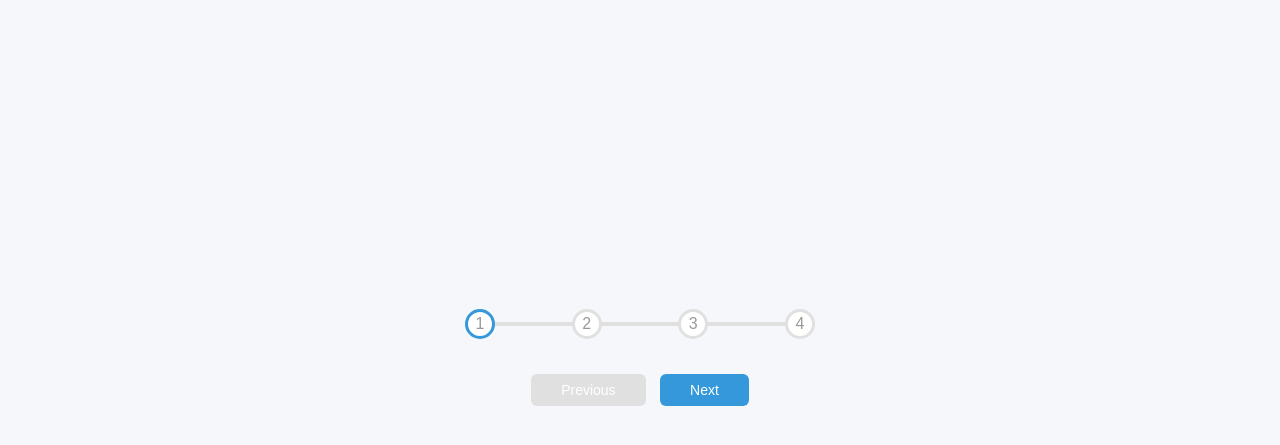
Repository: huynhvanngoan/50projectsin50days
Page: Day2/HTML/index.html
These files come from the project's save history. The page is drawn as it stood at one moment and after the next save; the edit follows.
The browser window is 1280 px wide. The pictures show the whole page.
After loading, the first visible `#next` was clicked once.
Some web fonts or font styles are not loaded; a fallback is used.

Above is the page before, as saved 2022-11-04 23:05:23.
Console error: TypeError: circles.forEach.forEach is not a function

### Day2/HTML/index.html
<!DOCTYPE html>
<html lang="en">
<head>
    <meta charset="UTF-8">
    <meta http-equiv="X-UA-Compatible" content="IE=edge">
    <meta name="viewport" content="width=device-width, initial-scale=1.0">
    <title>Day 2 - Progress Steps</title>
    <link rel="stylesheet" href="../CSS/style.css">
</head>
<body>
    <div class="container">
        <div class="progress-container">
            <div class="progress" id="progress"></div>
                <div class="circle active">1</div>
                <div class="circle">2</div>
                <div class="circle">3</div>
                <div class="circle">4</div>
        </div>
        <button class="btn" id="prev" disabled>Previous</button>
        <button class="btn" id="next">Next</button>
    </div>
    <script src="../JS/script.js"></script>
</body>
</html>

### Day2/CSS/style.css
@import url('https://fonts.googleapis.com/css?family=Muli&display=swap');

:root {
    --line--border-fill: #3498db;
    --line-border-empty: #e0e0e0
}
* {
    box-sizing: border-box;
}
body {
    background-color: #f6f7fb;
    font-family: 'Muli', sans-serif;
    display: flex;
    align-items: center;
    justify-content: center;
    height: 100vh;
    overflow: hidden;
    margin: 0;
}
.container {
    text-align: center;
}

.progress-container {
    display: flex;
    justify-content: space-between;
    position: relative;
    margin-bottom: 30px;
    max-width: 100%;
    width: 350px;
}
.progress-container::before{
    content: '';
    background-color: var(--line-border-empty);
    position: absolute;
    top: 50%;
    left: 0;
    transform: translateY(-50%);
    height: 4px;
    width: 100%;
    z-index: -1;
}
.progress {
    background-color: var(--line--border-fill);
    position: absolute;
    top: 50%;
    left: 0;
    transform: translateY(-50%);
    height: 4px;
    width: 0%;
    z-index: -1;
    transition: 0.4s ease;
}

.circle {
    background-color: #fff;
    color: #999;
    border-radius: 50%;
    height: 30px;
    width: 30px;
    display: flex;
    align-items: center;
    justify-content: center;
    border: 3px solid var(--line-border-empty);
    transition: 0.4S ease;
}

.circle.active {
    border-color: var(--line--border-fill);
}

.btn {
    background-color: var(--line--border-fill);
    color: #fff;
    border: 0;
    border-radius: 6px;
    cursor: pointer;
    font-family: inherit;
    padding: 8px 30px;
    margin: 5px;
    font-size: 14px;
}
.btn:active {
    transform: scale(0.98);
}

.btn:focus{
    outline: 0;
}

.btn:disabled{
    background-color: var(--line-border-empty);
}

### Day2/JS/script.js
const progress = document.getElementById('progress');
const prev = document.getElementById('prev');
const next = document.getElementById('next');
const circles = document.querySelectorAll('.circle');

let currentActive = 1;

next.addEventListener('click', () => {
    currentActive ++;
    if(currentActive > circles.length) {
        currentActive = circles.length;
    }
    update();
})
prev.addEventListener("click", () => {
    currentActive--;
    if (currentActive < 1) {
        currentActive = 1;
    }

    update();
});

function update() {
    circles.forEach.forEach((circle, idx) => {
        if(idx < currentActive){
            circle.classList.add('active');
        }else {
            circle.classList.remove('active');
        }
    })

    const actives = document.querySelectorAll('.active');

    con
}

After the next save:
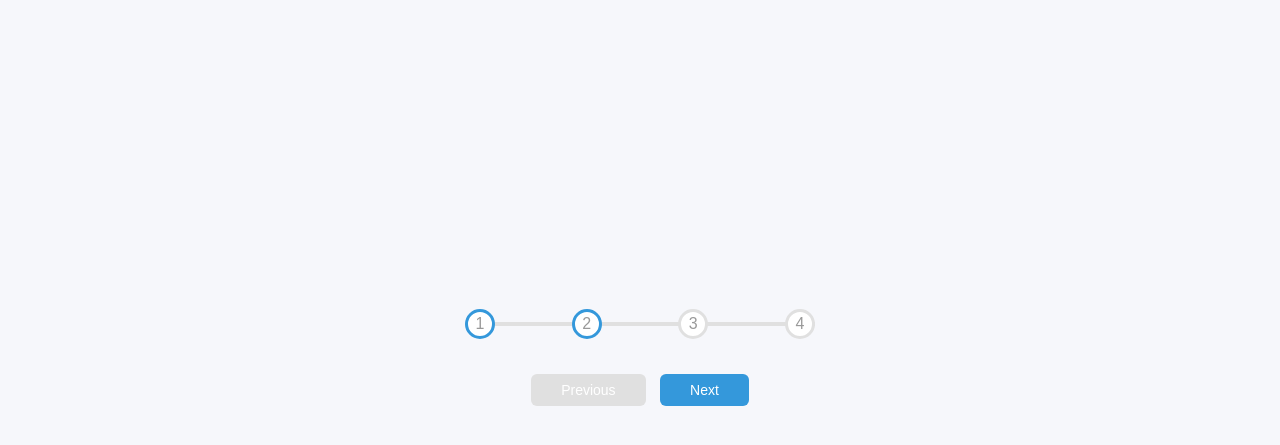
Console error: ReferenceError: con is not defined
Saved 28 s later.
--- a/Day2/JS/script.js
+++ b/Day2/JS/script.js
@@ -22,7 +22,7 @@
 });
 
 function update() {
-    circles.forEach.forEach((circle, idx) => {
+    circles.forEach((circle, idx) => {
         if(idx < currentActive){
             circle.classList.add('active');
         }else {
